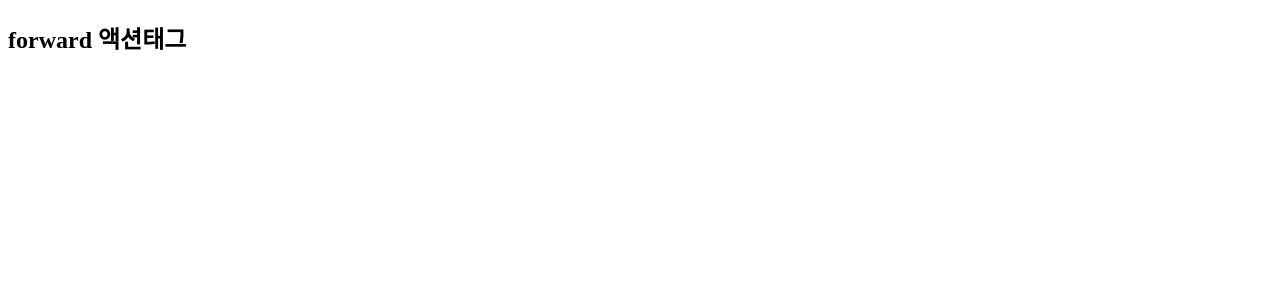
Repository: gugucon-hwan/ForStudyJSP
Page: http://localhost/StudyBasicJSP/ch08/forwardTestForm.jsp
An editor plug-in stored every save of this project. The page is shown before and after the next save, followed by the edit.
The browser window is 1280 px wide. The pictures show the whole page.
The page is served by Tomcat 9. Other server files are loaded and not shown.

Above is the page before, as saved 2020-08-17 08:05:24.

### StudyBasicJSP/WebContent/ch08/forwardTestForm.jsp
<%@ page language="java" contentType="text/html; charset=UTF-8"
    pageEncoding="UTF-8"%>
<!DOCTYPE html>
<html>
<head>
<meta charset="UTF-8">
<title>forward 액션태그</title>
</head>
<body>
	<h2>forward 액션태그</h2>

	<form method="post" action="forwardTest.jsp">


	</form>
</body>
</html>

After the next save:
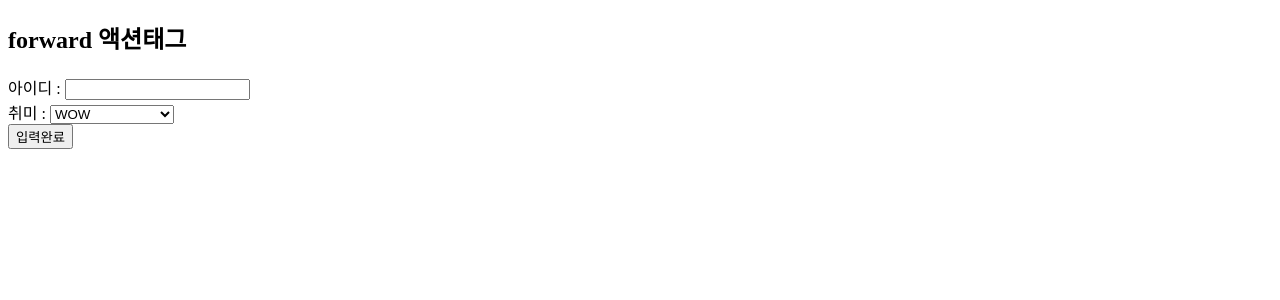
Saved 105 s later.
--- a/StudyBasicJSP/WebContent/ch08/forwardTestForm.jsp
+++ b/StudyBasicJSP/WebContent/ch08/forwardTestForm.jsp
@@ -10,8 +10,14 @@
 	<h2>forward 액션태그</h2>
 
 	<form method="post" action="forwardTest.jsp">
-
-
+		아이디 : <input type="text" name="id"><br>
+		취미 :
+		<select name="hobby">
+			<option value="WOW">WOW</option>
+			<option value="만화보기">만화보기</option>
+			<option value="스타2-군단의 심장">스타2-군단의 심장</option>
+		</select><br>
+		<input type="submit" value="입력완료">
 	</form>
 </body>
 </html>
